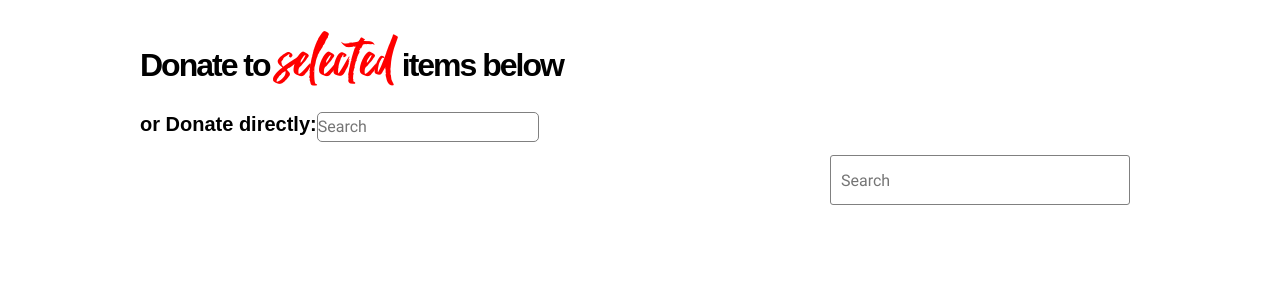
Repository: David-Waite/edableStyleChanges
Page: /
The author's editor kept a copy of each file at every save. The page is drawn from the files as they stood at one save, then again after the next save.
The browser window is 1280 px wide. The pictures show the whole page.
The page's requests for data from a server got no answer. The project was rebuilt for these pictures with package versions that can differ from the ones it lists, and the page was loaded fresh each time. Some packages were replaced by stand-ins written for this rebuild. No one was signed in, and anything a server would have sent is missing. Queries for data that is not in the repository find no rows. Also part of the build but not shown: src/components/Item/ProgressBar.css, src/components/Volunteer/Volunteer.tsx, src/components/DonorForm/Message.css, src/components/Volunteer/VolunteerError.tsx, src/components/Default.tsx, src/components/DonorForm/Paypal.tsx, src/components/DonorForm/DonorForm.tsx, src/components/DonorForm/PastDonations.css and 8 more.

Above is the page before, as saved 2022-11-09 19:15:01.

After the next save:
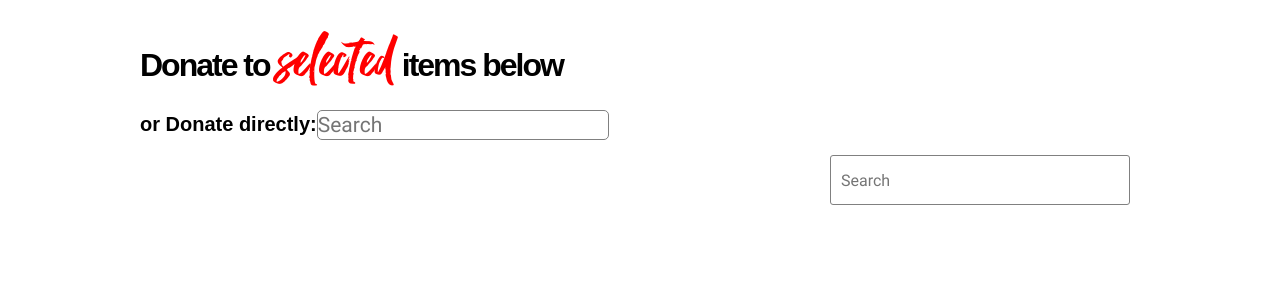
Saved 6 s later.
--- a/src/components/Landing/Landing.tsx
+++ b/src/components/Landing/Landing.tsx
@@ -111,12 +111,7 @@ function Landing() {
           <div className="selectOrgCon">
             <h2 className="selectOrg">or Donate directly:</h2>
             <div className="orgSearchBar">
-              <input
-                style={{ fontSize: "16px" }}
-                className="input"
-                type="text"
-                placeholder="Search"
-              />
+              <input className="input" type="text" placeholder="Search" />
             </div>
           </div>
         </div>
